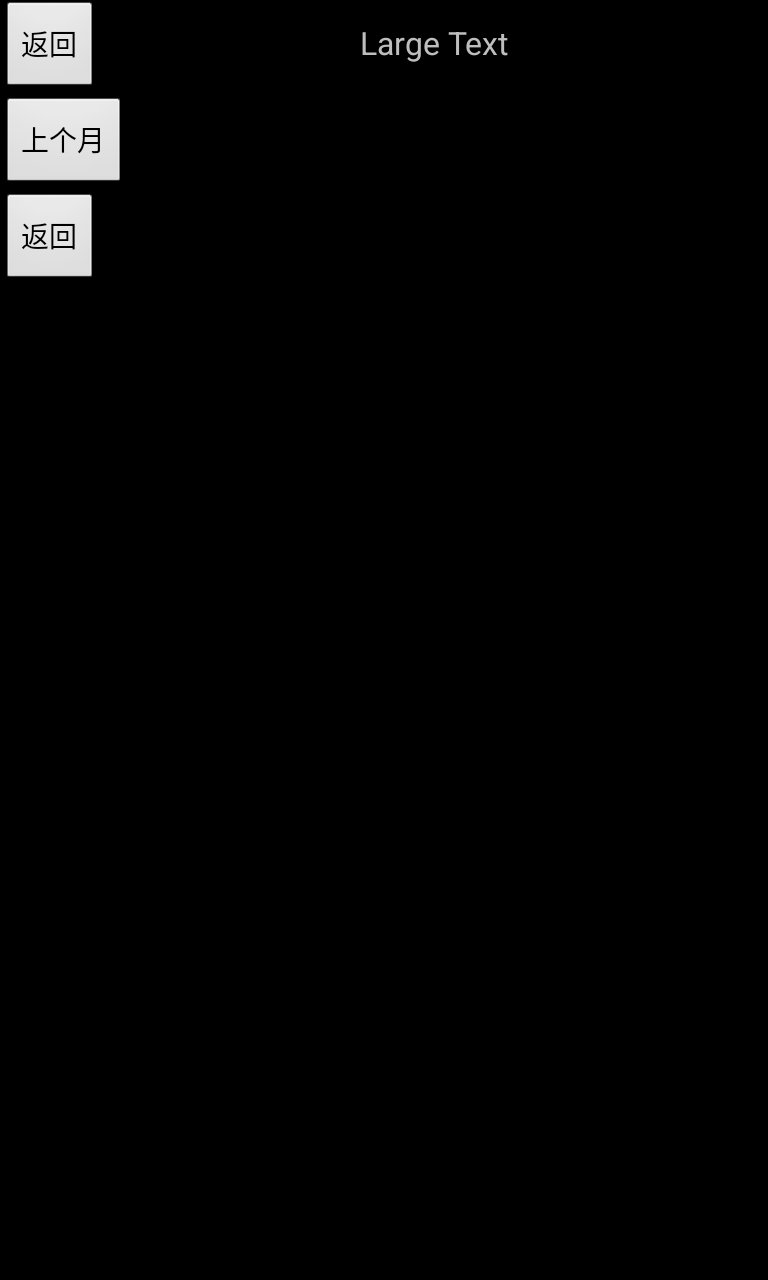
Repository: gongxinge/money-android
Layout: P2P/res/layout/billdetaillist.xml
An editor plug-in stored every save of this project. The layout is shown before and after the next save, followed by the edit.
It is drawn on a 768 x 1280 px phone screen (xhdpi) without system bars, with theme android:Theme; the app's code is not run. Lists and similar views that code fills are empty.

Above is the layout before, as saved 2015-06-28 07:56:59.

### P2P/res/layout/billdetaillist.xml
<?xml version="1.0" encoding="utf-8"?>
<LinearLayout xmlns:android="http://schemas.android.com/apk/res/android"
    android:layout_width="match_parent"
    android:layout_height="match_parent"
    android:orientation="vertical" >

    <LinearLayout
        android:id="@+id/llCenter"
        android:layout_width="fill_parent"
        android:layout_height="wrap_content"
        android:orientation="horizontal" >

        <Button
            android:id="@+id/btnBack"
            android:layout_width="wrap_content"
            android:layout_height="wrap_content"
            android:text="返回" />

        <TextView
            android:id="@+id/txtMonthInfo"
            android:layout_width="fill_parent"
            android:layout_height="wrap_content"
            android:gravity="center"
            android:textSize="16dp"
            android:text="Large Text" />
    </LinearLayout>
        <Button
            android:id="@+id/btnBack"
            android:layout_width="wrap_content"
            android:layout_height="wrap_content"
            android:text="上个月" />
    <ListView
        android:id="@+id/listView1"
        android:layout_width="match_parent"
        android:layout_height="wrap_content" >

    </ListView>
            <Button
            android:id="@+id/btnBack"
            android:layout_width="wrap_content"
            android:layout_height="wrap_content"
            android:text="返回" />

</LinearLayout>

After the next save:
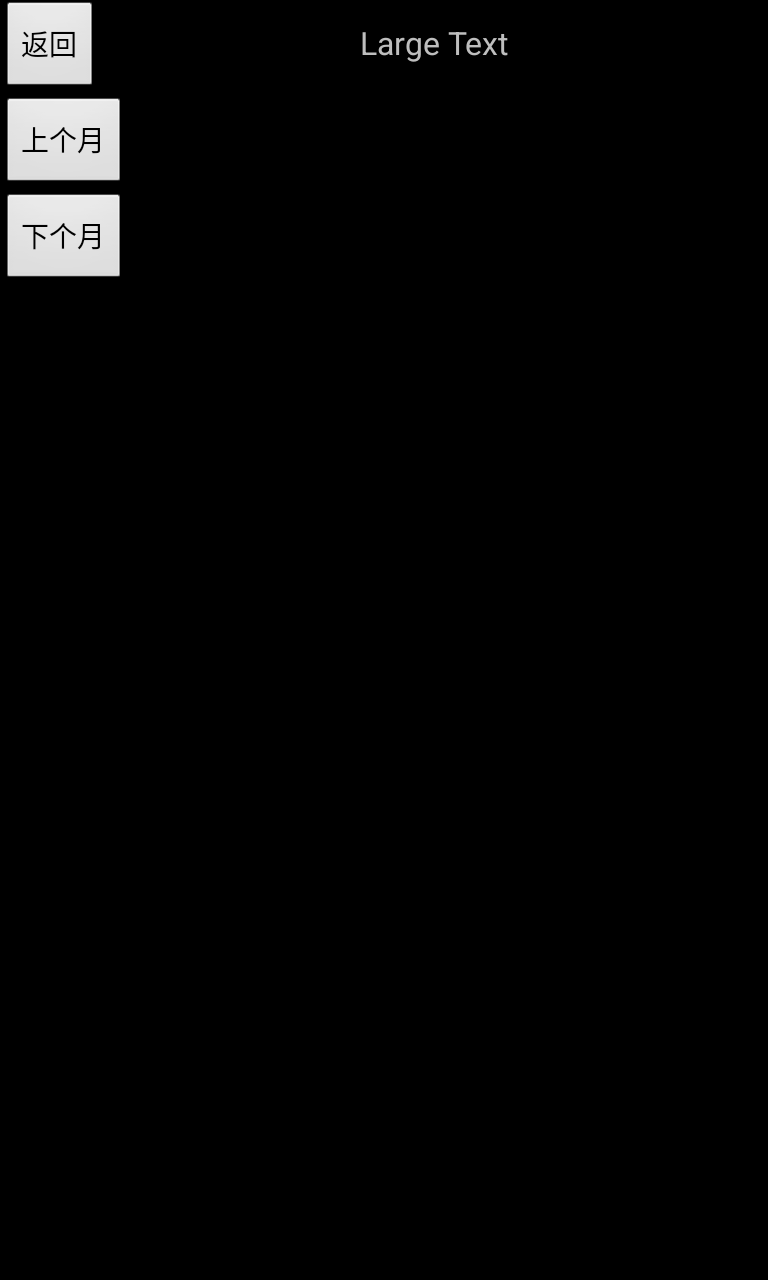
Saved 4 s later.
--- a/P2P/res/layout/billdetaillist.xml
+++ b/P2P/res/layout/billdetaillist.xml
@@ -39,6 +39,6 @@
             android:id="@+id/btnBack"
             android:layout_width="wrap_content"
             android:layout_height="wrap_content"
-            android:text="返回" />
+            android:text="下个月" />
 
 </LinearLayout>
